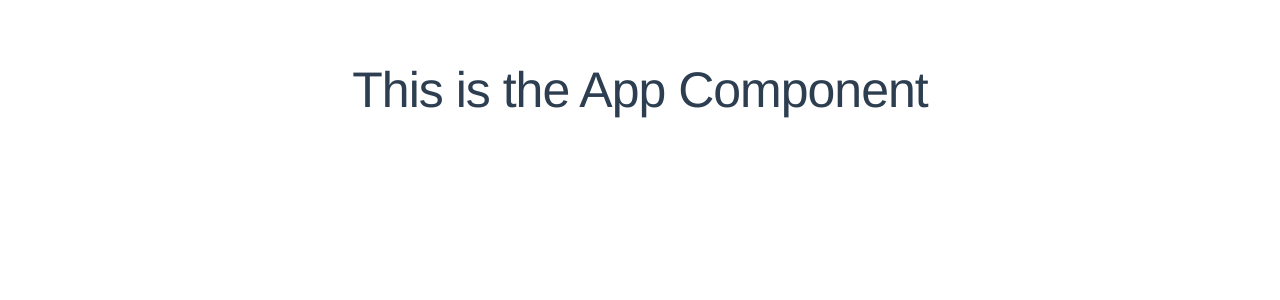
Repository: chsvk/Vue-JS-Course
Page: /
The author's editor kept a copy of each file at every save. The page is drawn from the files as they stood at one save, then again after the next save.
The browser window is 1280 px wide. The pictures show the whole page.
The project was rebuilt for these pictures with package versions that can differ from the ones it lists, and the page was loaded fresh each time.

Above is the page before, as saved 2019-03-18 03:10:10.

### public/index.html
<!DOCTYPE html>
<html lang="en">
  <head>
    <meta charset="utf-8">
    <meta http-equiv="X-UA-Compatible" content="IE=edge">
    <meta name="viewport" content="width=device-width,initial-scale=1.0">
    <link rel="icon" href="<%= BASE_URL %>favicon.ico">
    <link rel="stylesheet" href="https://cdnjs.cloudflare.com/ajax/libs/skeleton/2.0.4/skeleton.min.css">
    <title>testproject</title>
  </head>
  <body>
    <noscript>
      <strong>We're sorry but testproject doesn't work properly without JavaScript enabled. Please enable it to continue.</strong>
    </noscript>
    <div id="app"></div>
    <!-- built files will be auto injected -->
  </body>
</html>

### src/App.vue
<template>
  <div id="app">
    <h1>This is the App Component</h1>
  </div>
</template>


<script>

export default {
  name: 'app',
  components:{

  },
  data(){
    return{

    }
  },
  methods: {

  },
  beforeCreate(){
    alert('Before Create')
  },
  created(){
    alert('Created')
  },
  beforeMount(){
    alert("Before Mount")
  },
  mounted(){
    alert('Mounted')
  },
  beforeDestroy(){
    alert('Before Destroy')
  },
  destroyed(){
    alert('Destroyed')
  },
  beforeUpdate(){
    alert('Before Update')
  },
  updated(){
    alert('Updated')
  }


}
</script>

<style lang="scss">
#app {
  font-family: 'Avenir', Helvetica, Arial, sans-serif;
  -webkit-font-smoothing: antialiased;
  -moz-osx-font-smoothing: grayscale;
  text-align: center;
  color: #2c3e50;
  margin-top: 60px;
}
</style>

Loaded but not shown: src/main.js (common file)

After the next save:
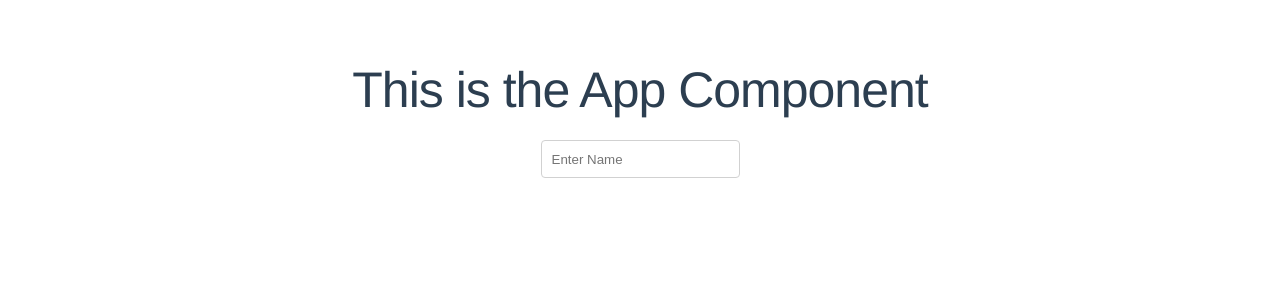
Saved 2 min 2 s later.
--- a/src/App.vue
+++ b/src/App.vue
@@ -1,6 +1,7 @@
 <template>
   <div id="app">
     <h1>This is the App Component</h1>
+    <input type="text" placeholder="Enter Name" v-model="name">
   </div>
 </template>
 
@@ -14,7 +15,7 @@
   },
   data(){
     return{
-
+      name: ''
     }
   },
   methods: {
